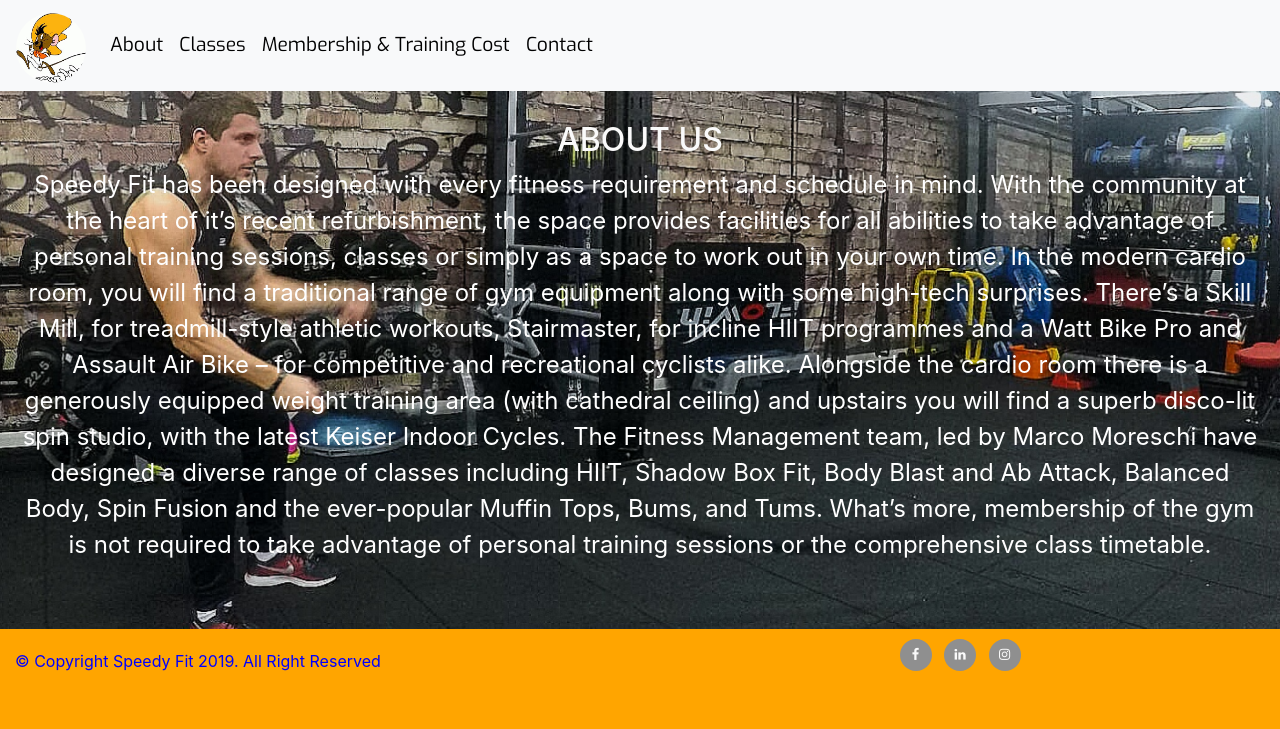
Repository: marcomoreschi/Milestrone-project
Page: index.html
The author's editor kept a record of every edit. The page is drawn from the files as they stood at one moment, then again after the next edit.
The browser window is 1280 px wide. The pictures show the whole page.
Some web libraries are served in a nearby version.

Above is the page before.

After the next edit:
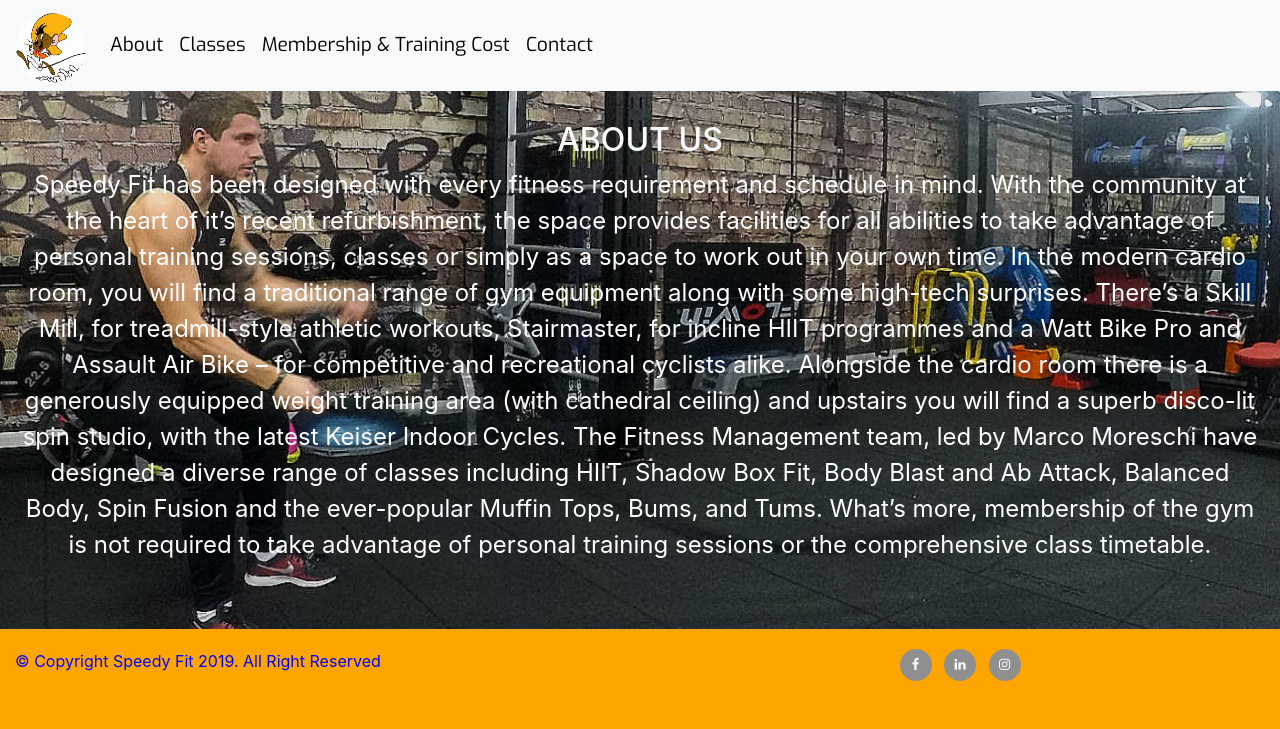
The edit:
--- a/assets/css/style.css
+++ b/assets/css/style.css
@@ -73,8 +73,7 @@
 }
 
 .social-links {
-    padding-top: 10px;
-    padding-bottom: 10px;
+    padding-top: 20px;
     text-align: center;
 }
 
